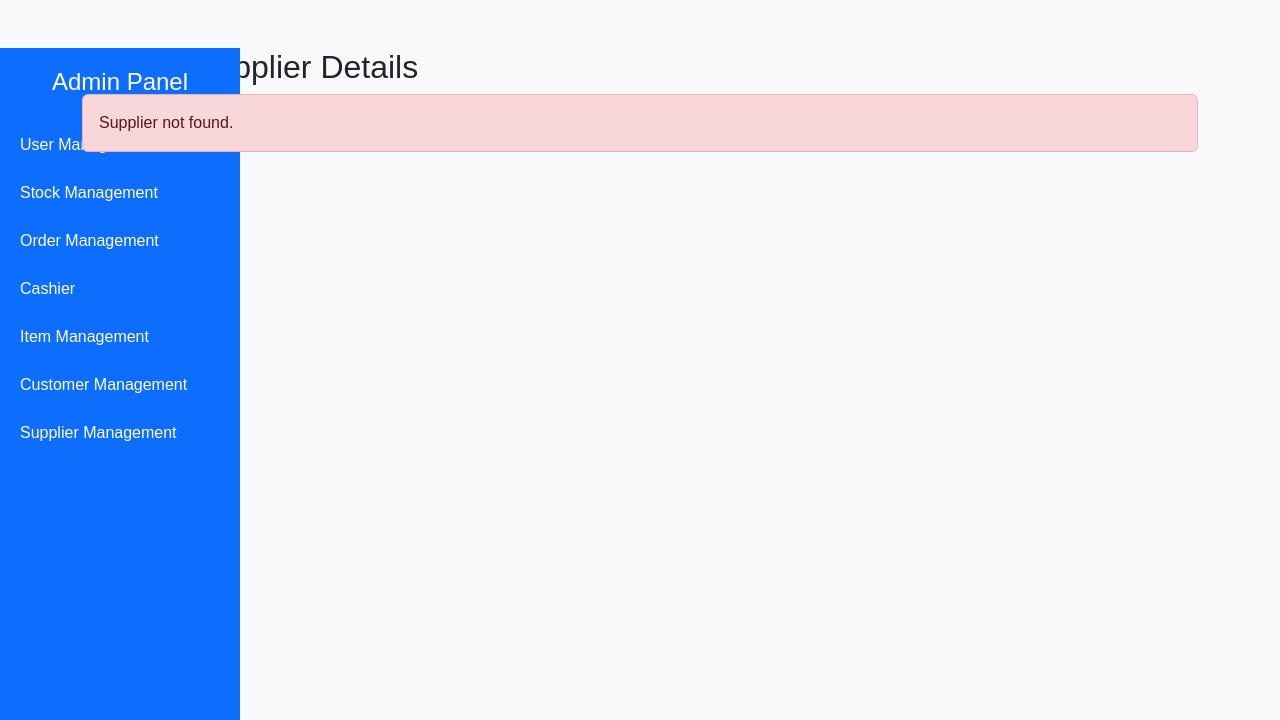
Repository: LakviduUpasara/onlineSparePartsManagementSystem
Page: http://localhost/Spare_parts_Management_Systems/supplier-update
The author's editor kept a copy of each file at every save. The page is drawn from the files as they stood at one save, then again after the next save.
The browser window is 1280 px wide. The pictures show the whole page.
The page is served by Tomcat 9. Other server files are loaded and not shown. Queries for data that is not in the repository find no rows.

Above is the page before, as saved 2025-05-13 14:57:11.

### Project/Project/Spare_parts_Management_Systems/src/main/webapp/Maneger/supplier-update.jsp
<%@ page import="com.spareparts.model.Supplier" %>
<%@ page language="java" contentType="text/html; charset=UTF-8" pageEncoding="UTF-8"%>
<!DOCTYPE html>
<html>
<head>
    <meta charset="UTF-8">
    <title>Update Supplier</title>
    <link href="https://cdn.jsdelivr.net/npm/bootstrap@5.3.0/dist/css/bootstrap.min.css" rel="stylesheet">

       <link rel ="stylesheet" href="Css\Navigations_andAll.css">


</head>
<body>
<div class="sidebar">
    <h4 class="text-center mb-4">Admin  Panel</h4>
    <a href=" GetAllServlet"><i class="fas fa-users"></i> User Management</a>
    <a href="#"><i class="fas fa-boxes"></i> Stock Management</a>
    <a href="#"><i class="fas fa-shopping-cart"></i> Order Management</a>
    <a href="#"><i class="fas fa-cash-register"></i> Cashier</a>
    <a href="#"><i class="fas fa-box"></i> Item Management</a>
    <a href="#"><i class="fas fa-user-friends"></i> Customer Management</a>
    <a href="supplier-list"><i class="fas fa-truck"></i> Supplier Management</a>
  </div>

    <div class="container mt-5">
        <h2>Update Supplier Details</h2>
        <%
            Supplier supplier = (Supplier) request.getAttribute("supplier");
            if (supplier != null) {
        %>
        <form action="supplier-update" method="post">
            <input type="hidden" name="supplierId" value="<%= supplier.getSupplierID() %>">

            <div class="mb-3">
                <label for="supplierName" class="form-label">Name</label>
                <input type="text" class="form-control" name="supplierName" value="<%= supplier.getSupplierName() %>" required>
            </div>
            <div class="mb-3">
                <label for="contactNumber" class="form-label">Contact Number</label>
                <input type="text" class="form-control" name="contactNumber" value="<%= supplier.getContactNumber() %>" required>
            </div>
            <div class="mb-3">
                <label for="address" class="form-label">Address</label>
                <textarea class="form-control" name="address" required><%= supplier.getAddress() %></textarea>
            </div>

            <button type="submit" class="btn btn-primary">Update Supplier</button>
            <a href="supplier-list" class="btn btn-secondary">Cancel</a>
        </form>
        <% } else { %>
            <div class="alert alert-danger">Supplier not found.</div>
        <% } %>
    </div>
</body>
</html>

### Project/Project/Spare_parts_Management_Systems/src/main/java/com/spareparts/servlet/SupplierUpdateServlet.java
package com.spareparts.servlet;

import com.spareparts.controller.SupplierController;
import com.spareparts.model.Supplier;

import javax.servlet.*;
import javax.servlet.annotation.WebServlet;
import javax.servlet.http.*;
import java.io.IOException;

@WebServlet("/supplier-update")
public class SupplierUpdateServlet extends HttpServlet {

	private SupplierController supplierDAO;

    public void init() {
        supplierDAO = new SupplierController();
    }

    protected void doGet(HttpServletRequest request, HttpServletResponse response)
            throws ServletException, IOException {

        String id = request.getParameter("id");
        Supplier supplier = supplierDAO.getSupplierById(id);
        request.setAttribute("supplier", supplier);
        RequestDispatcher dispatcher = request.getRequestDispatcher("Maneger/supplier-update.jsp");
        dispatcher.forward(request, response);
    }

    protected void doPost(HttpServletRequest request, HttpServletResponse response)
            throws ServletException, IOException {

        String id = request.getParameter("supplierId");
        String name = request.getParameter("supplierName");
        String contact = request.getParameter("contactNumber");
        String address = request.getParameter("address");

        boolean updated = supplierDAO.updateSupplier(id, name, contact, address);
        if (updated) {
        	String alterMessage = "Supllier Details Update successful";
			response.getWriter().println("<script> alert('"+alterMessage+"'); window.location.href='supplier-list'</script>");

        } else {
            response.getWriter().println("Failed to update supplier.");
        }
    }
}

### Project/Project/Spare_parts_Management_Systems/src/main/java/com/spareparts/util/DBConnection.java
package com.spareparts.util;

import java.sql.Connection;
import java.sql.DriverManager;

public class DBConnection {
	private static String url = "jdbc:mysql://localhost:3306/Spareparts";
	private static String user = "root";
	private static String pass = "Lakvidu@2001";
	private static Connection con;

	public static Connection getConnection() {
		try {
			Class.forName("com.mysql.jdbc.Driver");
			con = DriverManager.getConnection(url, user, pass);
		}
		catch(Exception e) {
			System.out.println("Database not connect !");
		}
		return con;
	}



}

### Project/Project/Spare_parts_Management_Systems/src/main/webapp/Css/Navigations_andAll.css
@charset "UTF-8";
    body {
      margin: 0;
      font-family: Arial, sans-serif;
      background-color: #f8f9fa;
    }
    .sidebar {
      height: 100vh;
      background-color: #0d6efd;
      color: white;
      position: fixed;
      width: 240px;
      padding-top: 20px;
    }
    .sidebar a {
      color: white;
      text-decoration: none;
      display: block;
      padding: 12px 20px;
      font-size: 16px;
    }
    .sidebar a:hover {
      background-color: #0b5ed7;
    }
    .main-content {
      margin-left: 240px;
    }
    .navbar {
      background-color: #ffffff;
      box-shadow: 0 2px 4px rgba(0, 0, 0, 0.1);
    }
    .navbar .nav-link, .navbar .navbar-brand {
      color: #333;
    }
    .dashboard-content {
      padding: 40px;
      min-height: calc(100vh - 56px);
    }
    .dashboard-content h2 {
      margin-bottom: 20px;
    }
    .table-container {
      margin-top: 40px;
    }

After the next save:
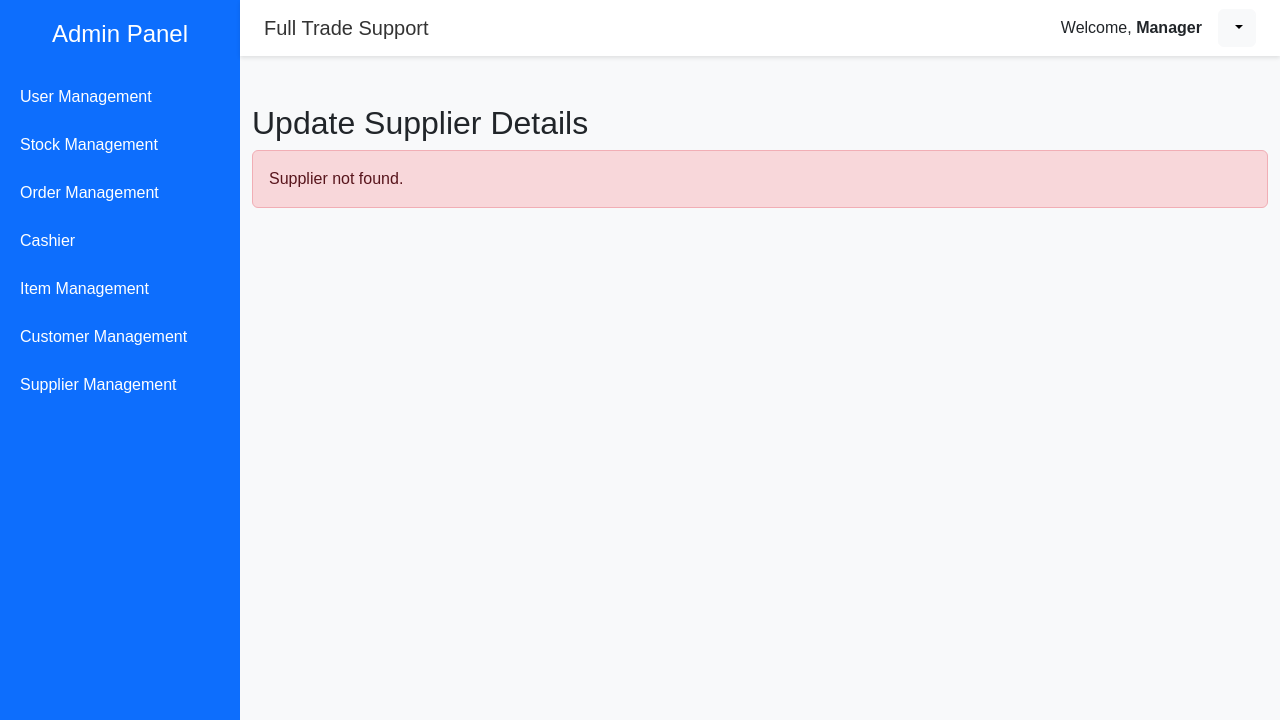
Saved 95 s later.
--- a/Project/Project/Spare_parts_Management_Systems/src/main/webapp/Maneger/supplier-update.jsp
+++ b/Project/Project/Spare_parts_Management_Systems/src/main/webapp/Maneger/supplier-update.jsp
@@ -22,6 +22,26 @@
     <a href="#"><i class="fas fa-user-friends"></i> Customer Management</a>
     <a href="supplier-list"><i class="fas fa-truck"></i> Supplier Management</a>
   </div>
+
+    <!-- Main Content -->
+  <div class="main-content">
+    <nav class="navbar navbar-expand-lg navbar-light px-4">
+      <a class="navbar-brand" href="#">Full Trade Support</a>
+      <div class="ms-auto d-flex align-items-center">
+        <span class="me-3">Welcome, <strong>Manager</strong></span>
+        <div class="dropdown">
+          <a class="btn btn-light dropdown-toggle" href="#" id="userDropdown" data-bs-toggle="dropdown">
+            <i class="fas fa-user-circle"></i>
+          </a>
+          <ul class="dropdown-menu dropdown-menu-end" aria-labelledby="userDropdown">
+            <li><a class="dropdown-item" href="profile.jsp">Profile</a></li>
+            <li><a class="dropdown-item" href="#">Settings</a></li>
+            <li><hr class="dropdown-divider"></li>
+            <li><a class="dropdown-item text-danger" href="#">Logout</a></li>
+          </ul>
+        </div>
+      </div>
+    </nav>
 
     <div class="container mt-5">
         <h2>Update Supplier Details</h2>
